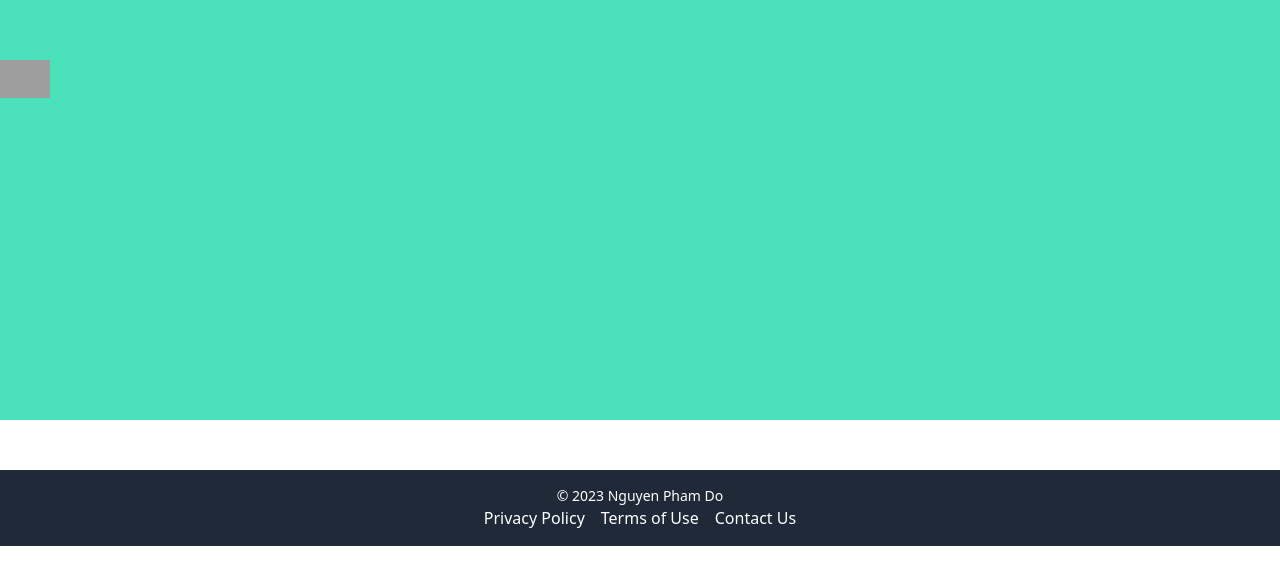
Repository: NPham1402/Web-user-callSpamBlocker
Page: /detail
An editor plug-in stored every save of this project. The page is shown before and after the next save, followed by the edit.
The browser window is 1280 px wide. The pictures show the whole page.
Pictures or frames that could not be fetched are drawn as grey boxes. The project was rebuilt for these pictures with package versions that can differ from the ones it lists, and the page was loaded fresh each time. The framework's server and built-in components were replaced by stand-ins that run in the browser. Also part of the build but not shown: next.config.js.

Above is the page before, as saved 2023-02-09 20:25:38.

### pages/detail.js
import Head from "next/head";
import { useRouter } from "next/router";
import React from "react";

function detail() {
  const router = useRouter();
  const {
    query: { id },
  } = router;
  return (
    <>
      {" "}
      <Head>
        <title>Check number spam</title>
        <meta name="description" content="Generated by create next app" />
        <meta name="viewport" content="width=device-width, initial-scale=1" />
        <link rel="icon" href="/favicon.ico" />
      </Head>
      <main className="relative">
        <div className="w-100 h-[420px] bg-[#4BE1BA]">
          <img
            src="https://static.callblocker.org/img/logo.png"
            className=" pt-[60px] w-[50px]"
          />
        </div>
      </main>
      <footer class="bg-gray-800 mt-[50px] text-white py-4">
        <div class="container mx-auto">
          <p class="text-center text-sm">&copy; 2023 Nguyen Pham Do</p>
          <div class="flex justify-center">
            <a href="#" class="text-white mx-2">
              Privacy Policy
            </a>
            <a href="#" class="text-white mx-2">
              Terms of Use
            </a>
            <a href="#" class="text-white mx-2">
              Contact Us
            </a>
          </div>
        </div>
      </footer>
    </>
  );
}

export default detail;

### styles/globals.css
@tailwind base;
@tailwind components;
@tailwind utilities;
@import url('https://fonts.googleapis.com/css2?family=Raleway:ital&display=swap');

Loaded but not shown: pages/_app.js (common file); pages/_document.js (common file); tailwind.config.js (common file)

After the next save:
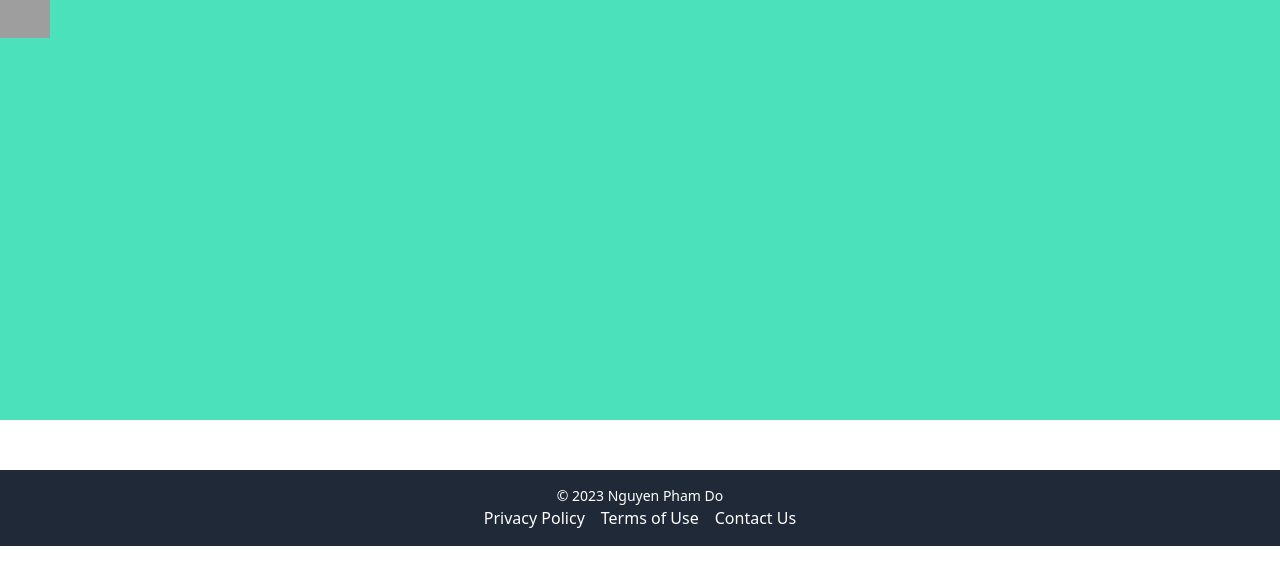
Saved 11 s later.
--- a/pages/detail.js
+++ b/pages/detail.js
@@ -20,7 +20,7 @@ function detail() {
         <div className="w-100 h-[420px] bg-[#4BE1BA]">
           <img
             src="https://static.callblocker.org/img/logo.png"
-            className=" pt-[60px] w-[50px]"
+            className=" w-[50px]"
           />
         </div>
       </main>
